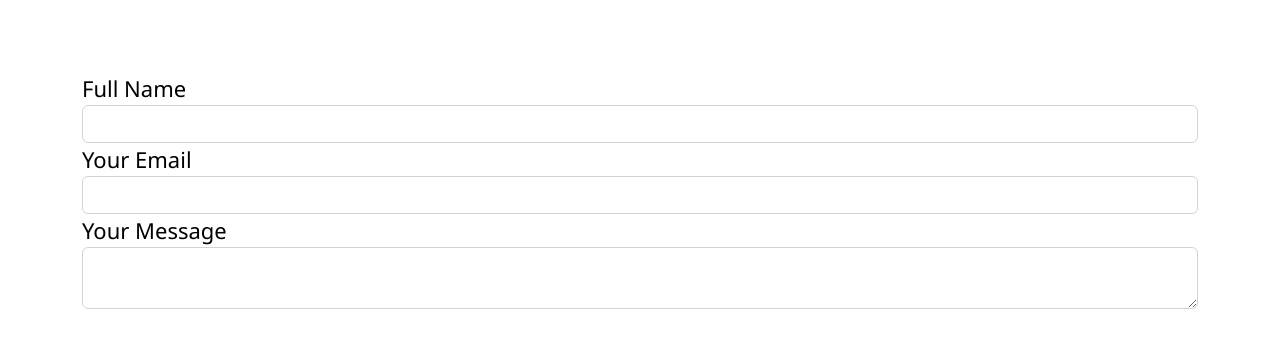
Repository: kaushalyaweerakoon/Plantation-Villa
Page: contact-us.html
The author's editor kept a copy of each file at every save. The page is drawn from the files as they stood at one save, then again after the next save.
The browser window is 1280 px wide. The pictures show the part of the page from y = 1495 to 2447 px (the page is 1852 px tall before and 2447 px after).
Some web fonts or font styles are not loaded; a fallback is used.

Above is the page before, as saved 2022-08-15 15:20:14.
Not found: assets/js/main.js

After the next save:
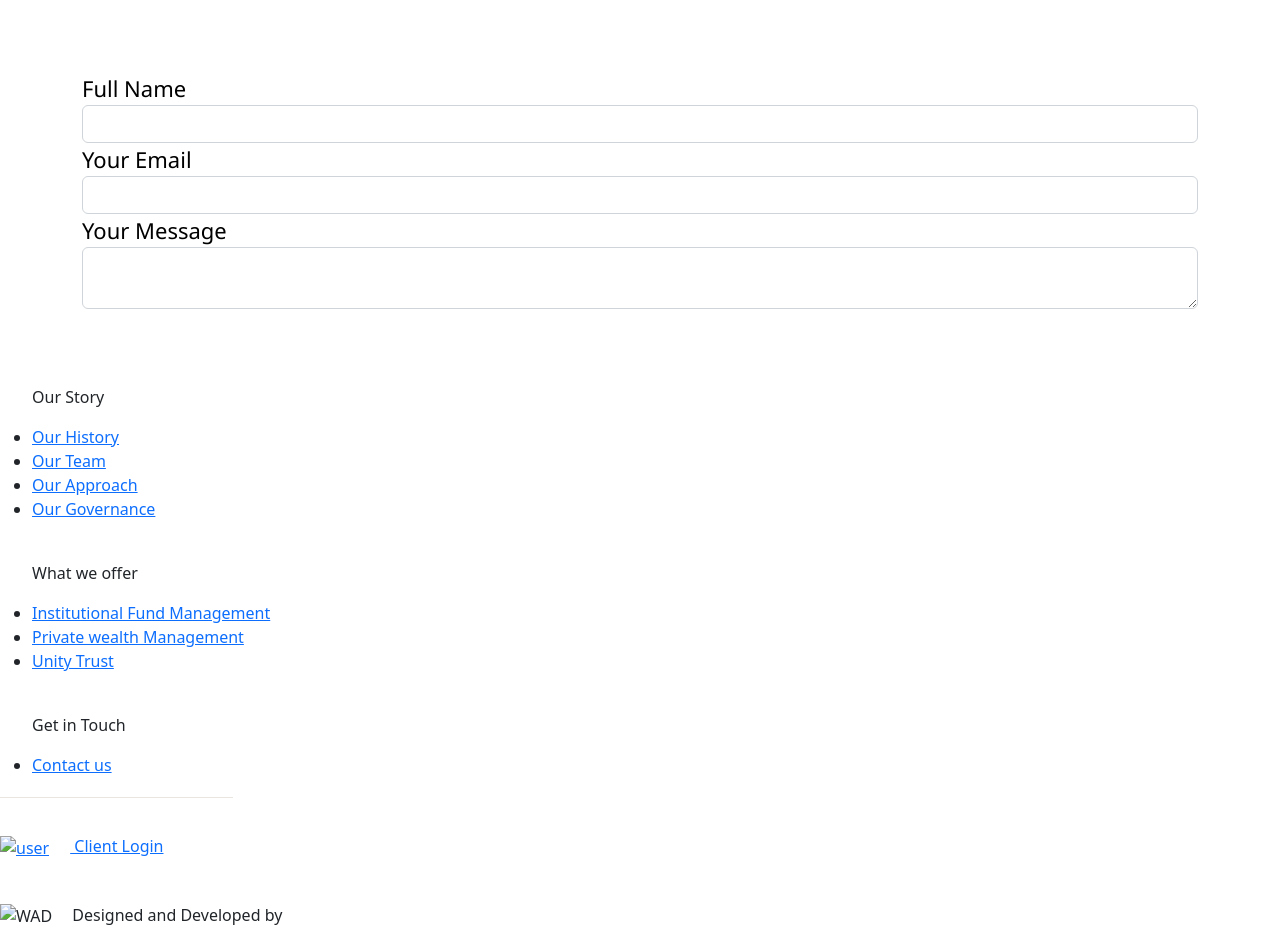
Not found: assets/images/user.svg
Not found: assets/images/we are designers logo.png
Saved 2 min 14 s later.
--- a/contact-us.html
+++ b/contact-us.html
@@ -143,6 +143,42 @@
     </div>
 </section>
 
+<div class="offcanvas-body m-0 p-0 pt-4 mt-1">
+    <div class="sidenav">
+        <ul class="pb-4">
+            <p class="nav-text">Our Story</p>
+            <li><a href="" class="nav-main-text">Our History</a></li>
+            <li><a href="" class="nav-main-text">Our Team</a></li>
+            <li><a href="" class="nav-main-text">Our Approach</a></li>
+            <li><a href="" class="nav-main-text">Our Governance</a></li>
+        </ul>
+        <ul class="pb-4">
+            <p class="nav-text">What we offer</p>
+            <li><a href="" class="nav-main-text">Institutional Fund Management</a></li>
+            <li><a href="" class="nav-main-text">Private wealth Management</a></li>
+            <li><a href="" class="nav-main-text">Unity Trust</a></li>
+        </ul>
+        <ul class="pb-1">
+            <p class="nav-text">Get in Touch</p>
+            <li><a href="" class="nav-main-text">Contact us</a></li>
+        </ul>
+        <hr style="width: 233px; color: #a79c84; padding-bottom: 20px;">
+        <a href="" class="nav-main-text">
+            <img src="assets/images/user.svg" alt="user" style="padding-right: 21px;">
+            Client Login
+        </a>
+        <div class="pb-4" style="padding-top: 43px;">
+            <img src="assets/images/we are designers logo.png" alt="WAD"
+                style="width: 18px; height: 13.7px;">
+            <span class="sourceSansPro-font fs-11-px grayOlive-color fw-normal ps-3">Designed and
+                Developed
+                by</span>
+        </div>
+    </div>
+</div>
+
+</div>
+
 
 
 <!-- bootstrap -->
